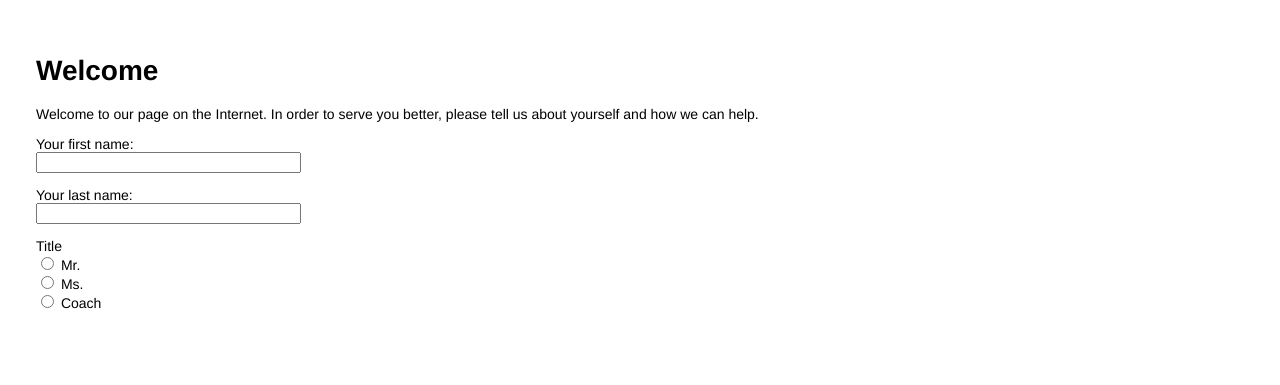
Repository: alboss/bit-175
Page: docs/customer-service.html
An editor plug-in stored every save of this project. The page is shown before and after the next save, followed by the edit.
The browser window is 1280 px wide. The pictures show the whole page.

Above is the page before, as saved 2023-04-19 14:26:41.

After the next save:
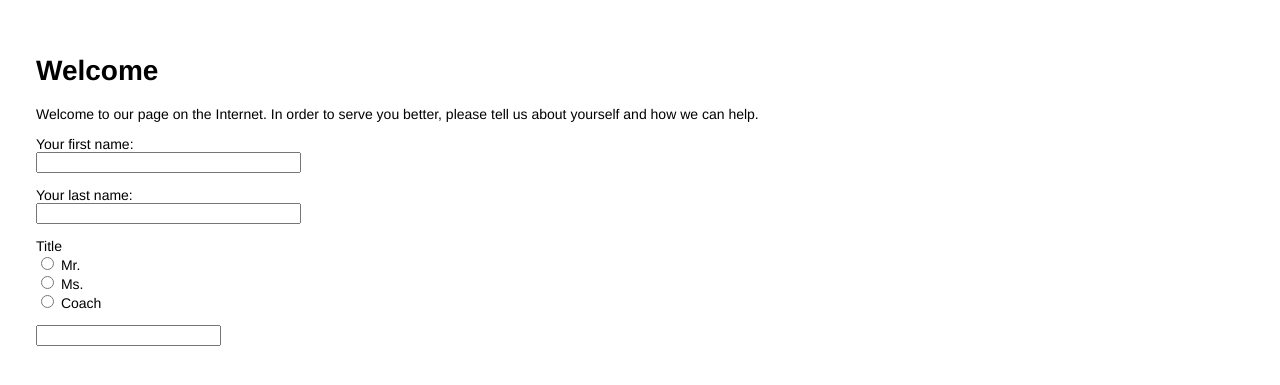
Saved 5 s later.
--- a/docs/customer-service.html
+++ b/docs/customer-service.html
@@ -21,7 +21,9 @@
 <label for="ms">Ms.</label><br>
 <input type="radio" id="coach" name="title" value="Coach">
 <label for="coach">Coach</label></p>
-<div id="software"></div>
+<div id="software">
+    <input
+</div>
 
     </form>
 </body>
